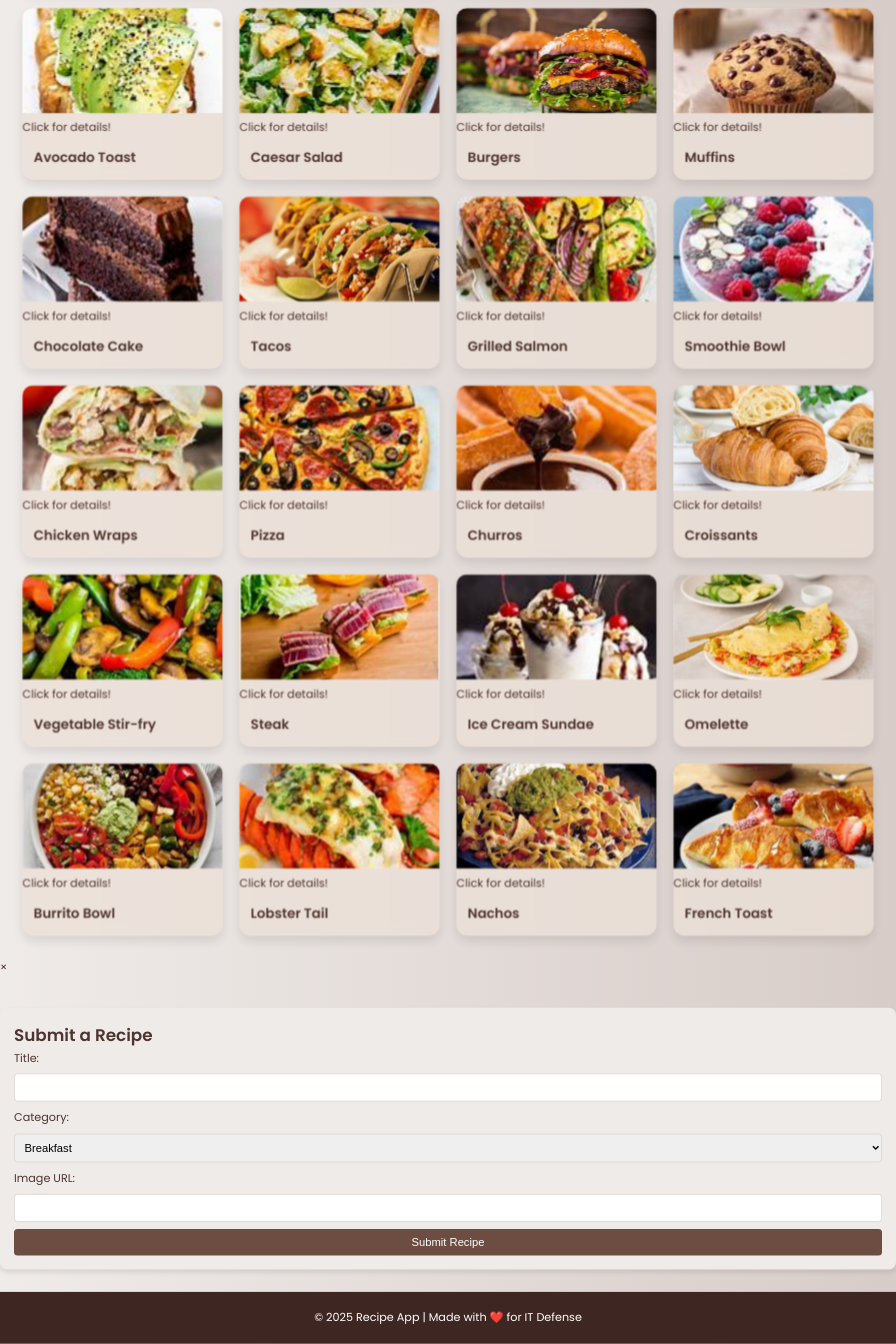
Repository: Patience225/recipe-app
Page: index.html
An editor plug-in stored every save of this project. The page is shown before and after a run of saves, followed by the edit.
The browser window is 1280 px wide. The pictures show the part of the page from y = 881 to 2801 px (the page is 2801 px tall), at 70% of full size.

Above is the page before, as saved 2025-01-27 11:01:10.

### index.html
<!DOCTYPE html>
<html lang="en">
<head>
  <meta charset="UTF-8">
  <meta name="viewport" content="width=device-width, initial-scale=1.0">
  <title>Recipe App</title>
  <link href="https://fonts.googleapis.com/css2?family=Poppins:wght@400;600&display=swap" rel="stylesheet">
  <link rel="stylesheet" href="styles.css">
</head>
<body>
  <!-- Header -->
  <header>
    <h1>Recipe App</h1>
    <p>Your gateway to delicious inspirations 🍲</p>
    <input type="text" id="search" placeholder="Search for recipes...">
    <button id="theme-toggle">🌙</button>
  </header>

  <!-- Hero Section -->
  <section class="hero">
    <h2>Discover the Joy of Cooking</h2>
    <p>Browse through a collection of amazing recipes handpicked for you!</p>
    <button id="explore-btn">Explore Recipes</button>
  </section>

  <!-- Recipe Categories -->
  <section id="categories">
    <h2>Categories</h2>
    <div class="category-buttons">
      <button data-category="All">All</button>
      <button data-category="Breakfast">Breakfast</button>
      <button data-category="Lunch">Lunch</button>
      <button data-category="Dinner">Dinner</button>
      <button data-category="Snacks">Snacks</button>
    </div>
  </section>

  <!-- Recipe Grid -->
  <section id="recipe-list">
    <!-- Dynamic recipe cards will appear here -->
  </section>

<!-- Modal for Recipe Details -->
<div id="recipe-modal" class="modal">
  <div class="modal-content">
    <span class="close-btn">&times;</span>
    <h2 id="modal-title"></h2>
    <img id="modal-image" src="" alt="">
    <p id="modal-description"></p>
  </div>
</div>

<!-- Recipe Submission Form -->
<div id="recipe-form-container">
  <h2>Submit a Recipe</h2>
  <form id="recipe-form">
    <label for="recipe-title">Title:</label>
    <input type="text" id="recipe-title" required>

    <label for="recipe-category">Category:</label>
    <select id="recipe-category">
      <option value="Breakfast">Breakfast</option>
      <option value="Lunch">Lunch</option>
      <option value="Dinner">Dinner</option>
      <option value="Snacks">Snacks</option>
    </select>

    <label for="recipe-image">Image URL:</label>
    <input type="url" id="recipe-image" required>

    <button type="submit">Submit Recipe</button>
  </form>
</div>

  <!-- Footer -->
  <footer>
    <p>&copy; 2025 Recipe App | Made with  ❤️ for IT Defense</p>
  </footer>

  <script src="script.js"></script>

  <!-- Add this script to the end of your body tag -->
<script>
  if ("serviceWorker" in navigator) {
    window.addEventListener("load", () => {
      navigator.serviceWorker.register("/sw.js").then(
        (registration) => {
          console.log("Service Worker registered with scope:", registration.scope);
        },
        (error) => {
          console.log("Service Worker registration failed:", error);
        }
      );
    });
  }
</script>

</body>
</html>

### styles.css
/* General Reset */
* {
  margin: 0;
  padding: 0;
  box-sizing: border-box;
}

body {
  font-family: 'Poppins', sans-serif;
  background: linear-gradient(to right, #efebe9, #d7ccc8); /* Light coffee gradient */
  color: #4e342e;
  line-height: 1.6;
}

header {
  background: linear-gradient(135deg, #795548, #3e2723); /* Dark coffee gradient */
  text-align: center;
  color: #fff;
  padding: 2rem;
  box-shadow: 0 4px 10px rgba(0, 0, 0, 0.1);
}

header h1 {
  font-size: 2.5rem;
  font-weight: 600;
}

header input {
  margin-top: 1rem;
  padding: 0.8rem 1rem;
  border-radius: 20px;
  border: none;
  outline: none;
  width: 80%;
  max-width: 400px;
  background: #efebe9; /* Light coffee */
  color: #4e342e;
}

header #theme-toggle {
  margin-top: 1rem;
  padding: 0.5rem 1rem;
  border: none;
  background: #d7ccc8; /* Light coffee */
  color: #3e2723;
  border-radius: 20px;
  cursor: pointer;
}

.hero {
  background: linear-gradient(135deg, rgba(121, 85, 72, 0.9), rgba(62, 39, 35, 0.9)); /* Blend of light and dark coffee */
  color: #efebe9; /* Light coffee text */
  text-align: center;
  padding: 3rem 2rem;
  margin-top: -1rem;
  clip-path: polygon(0 0, 100% 0, 100% 85%, 0 100%);
}

.hero h2 {
  font-size: 2rem;
  margin-bottom: 1rem;
}

.hero p {
  font-size: 1.2rem;
  margin-bottom: 2rem;
}

.hero button {
  padding: 0.8rem 1.5rem;
  background-color: #5d4037; /* Medium coffee */
  color: white;
  border: none;
  border-radius: 20px;
  font-size: 1rem;
  cursor: pointer;
}

.hero button:hover {
  background-color: #4e342e; /* Darker tone for hover effect */
}

#categories {
  margin: 2rem auto;
  text-align: center;
}

.category-buttons button {
  margin: 0.5rem;
  padding: 0.8rem 1.5rem;
  background-color: #8d6e63; /* Light-medium coffee */
  color: white;
  border: none;
  border-radius: 20px;
  cursor: pointer;
}

.category-buttons button:hover {
  background-color: #6d4c41; /* Darker coffee */
}

#recipe-list {
  display: grid;
  grid-template-columns: repeat(auto-fill, minmax(250px, 1fr));
  gap: 1.5rem;
  margin: 2rem;
}

.recipe-card {
  background: rgba(236, 224, 216, 0.8); /* Light coffee tone */
  backdrop-filter: blur(10px);
  border-radius: 15px;
  box-shadow: 0 8px 15px rgba(0, 0, 0, 0.1);
  transition: transform 0.3s;
  overflow: hidden;
}

.recipe-card img {
  width: 100%;
  height: 150px;
  object-fit: cover;
}

.recipe-card h3 {
  padding: 1rem;
  font-size: 1.2rem;
  color: #4e342e; /* Dark coffee text */
}

.recipe-card:hover {
  transform: scale(1.05);
}

footer {
  text-align: center;
  padding: 1.5rem;
  background: #3e2723; /* Dark coffee */
  color: white;
  margin-top: 2rem;
}

/* Dark Theme Styles */
body.dark-theme {
  background: #212121;
  color: white;
}

body.dark-theme header {
  background: linear-gradient(135deg, #4e342e, #3e2723); /* Rich dark coffee tones */
}

body.dark-theme .hero {
  background: linear-gradient(135deg, rgba(62, 39, 35, 0.9), rgba(33, 33, 33, 0.9));
}

body.dark-theme .recipe-card {
  background: rgba(62, 39, 35, 0.8); /* Dark coffee */
}

body.dark-theme footer {
  background: #3e2723;
}

/* Recipe Submission Form Styles */
#recipe-form-container {
  margin: 20px 0;
  padding: 20px;
  background-color: #efebe9; /* Light coffee */
  border-radius: 10px;
  box-shadow: 0 4px 8px rgba(0, 0, 0, 0.1);
}

#recipe-form {
  display: flex;
  flex-direction: column;
  gap: 10px;
}

#recipe-form input,
#recipe-form select,
#recipe-form button {
  padding: 10px;
  font-size: 1rem;
  border: 1px solid #d7ccc8; /* Light coffee border */
  border-radius: 5px;
}

#recipe-form button {
  background-color: #6d4c41; /* Medium coffee */
  color: white;
  cursor: pointer;
  border: none;
}

#recipe-form button:hover {
  background-color: #5d4037; /* Darker coffee */
}

### script.js
// Sample recipe data
const recipes = [
  {
    id: 1,
    title: "Spaghetti Carbonara",
    category: "Lunch",
    image: "images/Spaghetti Carbonara.jpeg",
  },
  {
    id: 2,
    title: "Pancakes",
    category: "Breakfast",
    image: "images/Pancakes.jpeg",
  },
  {
    id: 3,
    title: "Grilled Chicken",
    category: "Dinner",
    image: "images/Grilled Chicken.jpeg",
  },
  {
    id: 4,
    title: "Fruit Salad",
    category: "Snacks",
    image: "images/Fruit Salad.jpeg",
  },
  {
    id: 5,
    title: "Avocado Toast",
    category: "Breakfast",
    image: "images/Avocado Toast.jpeg",
  },
  {
    id: 6,
    title: "Caesar Salad",
    category: "Lunch",
    image: "images/Caesar Salad.jpeg",
  },
  {
    id: 7,
    title: "Burgers",
    category: "Dinner",
    image: "images/Burgers.jpeg",
  },
  {
    id: 8,
    title: "Muffins",
    category: "Breakfast",
    image: "images/Muffins.jpeg",
  },
  {
    id: 9,
    title: "Chocolate Cake",
    category: "Snacks",
    image: "images/Chocolate Cake.jpeg",
  },
  {
    id: 10,
    title: "Tacos",
    category: "Lunch",
    image: "images/Tacos.jpeg",
  },
  {
    id: 11,
    title: "Grilled Salmon",
    category: "Dinner",
    image: "images/Grilled Salmon.jpeg",
  },
  {
    id: 12,
    title: "Smoothie Bowl",
    category: "Breakfast",
    image: "images/Smoothie Bowl.jpeg",
  },
  {
    id: 13,
    title: "Chicken Wraps",
    category: "Lunch",
    image: "images/Chicken Wraps.jpeg",
  },
  {
    id: 14,
    title: "Pizza",
    category: "Dinner",
    image: "images/Pizza.jpeg",
  },
  {
    id: 15,
    title: "Churros",
    category: "Snacks",
    image: "images/Churros.jpeg",
  },
  {
    id: 16,
    title: "Croissants",
    category: "Breakfast",
    image: "images/Croissants.jpeg",
  },
  {
    id: 17,
    title: "Vegetable Stir-fry",
    category: "Lunch",
    image: "images/Vegetable Stir-fry.jpeg",
  },
  {
    id: 18,
    title: "Steak",
    category: "Dinner",
    image: "images/Steak.jpeg",
  },
  {
    id: 19,
    title: "Ice Cream Sundae",
    category: "Snacks",
    image: "images/Ice Cream Sundae.jpeg",
  },
  {
    id: 20,
    title: "Omelette",
    category: "Breakfast",
    image: "images/Omelette.jpeg",
  },
  {
    id: 21,
    title: "Burrito Bowl",
    category: "Lunch",
    image: "images/Burrito Bowl.jpeg",
  },
  {
    id: 22,
    title: "Lobster Tail",
    category: "Dinner",
    image: "images/Lobster Tail.jpeg",
  },
  {
    id: 23,
    title: "Nachos",
    category: "Snacks",
    image: "images/Nachos.jpeg",
  },
  {
    id: 24,
    title: "French Toast",
    category: "Breakfast",
    image: "images/French Toast.jpeg",
  },
];

// DOM Elements
const recipeList = document.getElementById("recipe-list");
const searchInput = document.getElementById("search");
const categoryButtons = document.querySelectorAll(".category-buttons button");

// Function to display recipes
function displayRecipes(recipesToDisplay) {
  recipeList.innerHTML = ""; // Clear the list
  recipesToDisplay.forEach((recipe) => {
    const recipeCard = `
      <div class="recipe-card" data-id="${recipe.id}">
        <img src="${recipe.image}" alt="${recipe.title}" loading="lazy">
        <div class="card-back">
          <p>Click for details!</p>
        </div>
        <h3>${recipe.title}</h3>
      </div>
    `;
    recipeList.innerHTML += recipeCard;
  });
}

// Initial display of all recipes
displayRecipes(recipes);

// Filter by category
categoryButtons.forEach((button) => {
  button.addEventListener("click", () => {
    const category = button.getAttribute("data-category");
    if (category === "All") {
      displayRecipes(recipes); // Show all recipes
    } else {
      const filteredRecipes = recipes.filter(
        (recipe) => recipe.category === category
      );
      displayRecipes(filteredRecipes);
    }
  });
});

// Search recipes
searchInput.addEventListener("input", (e) => {
  const query = e.target.value.toLowerCase();
  const filteredRecipes = recipes.filter((recipe) =>
    recipe.title.toLowerCase().includes(query)
  );
  displayRecipes(filteredRecipes);
});

// Toggle Light/Dark Mode
const themeToggleBtn = document.getElementById("theme-toggle");

themeToggleBtn.addEventListener("click", () => {
  document.body.classList.toggle("dark-theme");
  if (document.body.classList.contains("dark-theme")) {
    themeToggleBtn.textContent = "🌞 Light Mode";
  } else {
    themeToggleBtn.textContent = "🌙 Dark Mode";
  }
});

// Open modal with recipe details
const modal = document.getElementById("recipe-modal");
const closeBtn = document.querySelector(".close-btn");

function openModal(recipe) {
  const modalTitle = document.getElementById("modal-title");
  const modalImage = document.getElementById("modal-image");
  const modalDescription = document.getElementById("modal-description");

  modalTitle.textContent = recipe.title;
  modalImage.src = recipe.image;
  modalDescription.textContent = `A delicious recipe for ${recipe.title}. Category: ${recipe.category}`;

  modal.style.display = "block";
}

// Close the modal
closeBtn.addEventListener("click", () => {
  modal.style.display = "none";
});

window.addEventListener("click", (e) => {
  if (e.target === modal) {
    modal.style.display = "none";
  }
});

// Add click event to recipe cards
document.addEventListener("click", (e) => {
  if (e.target.closest(".recipe-card")) {
    const recipeId = e.target.closest(".recipe-card").dataset.id;
    const recipe = recipes.find((r) => r.id == recipeId);
    openModal(recipe);
  }
});

// Handle Recipe Submission
const recipeForm = document.getElementById("recipe-form");

recipeForm.addEventListener("submit", (e) => {
  e.preventDefault();

  const title = document.getElementById("recipe-title").value;
  const category = document.getElementById("recipe-category").value;
  const image = document.getElementById("recipe-image").value;

  const newRecipe = {
    id: recipes.length + 1,
    title: title,
    category: category,
    image: image,
  };

  recipes.push(newRecipe);
  displayRecipes(recipes);
  recipeForm.reset();
});

After the next 2 saves:
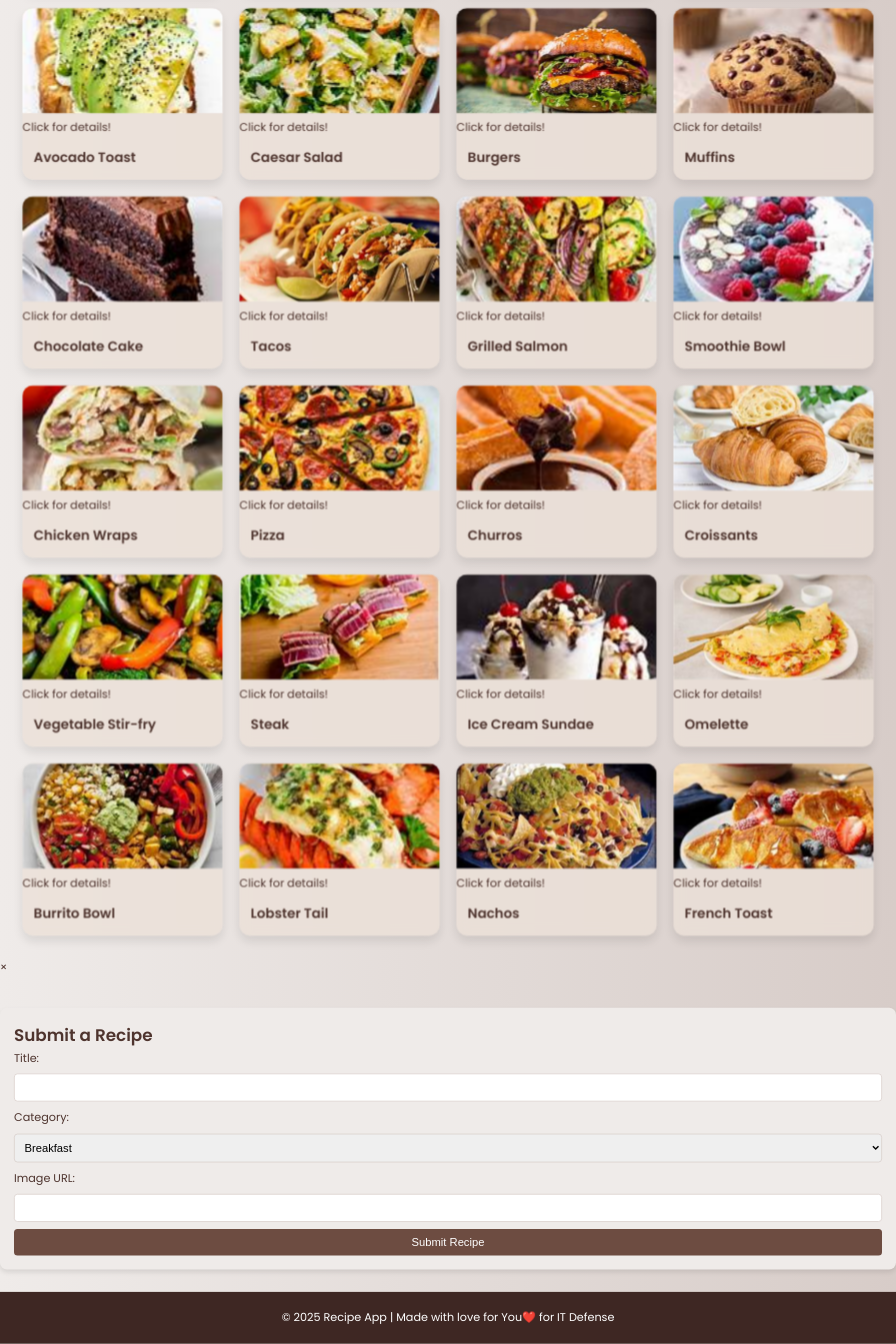
The 2 saves are shown as one change because they came seconds apart.
The last was saved 9 s later.
--- a/index.html
+++ b/index.html
@@ -74,7 +74,7 @@
 
   <!-- Footer -->
   <footer>
-    <p>&copy; 2025 Recipe App | Made with  ❤️ for IT Defense</p>
+    <p>&copy; 2025 Recipe App | Made with love for You❤️ for IT Defense</p>
   </footer>
 
   <script src="script.js"></script>
